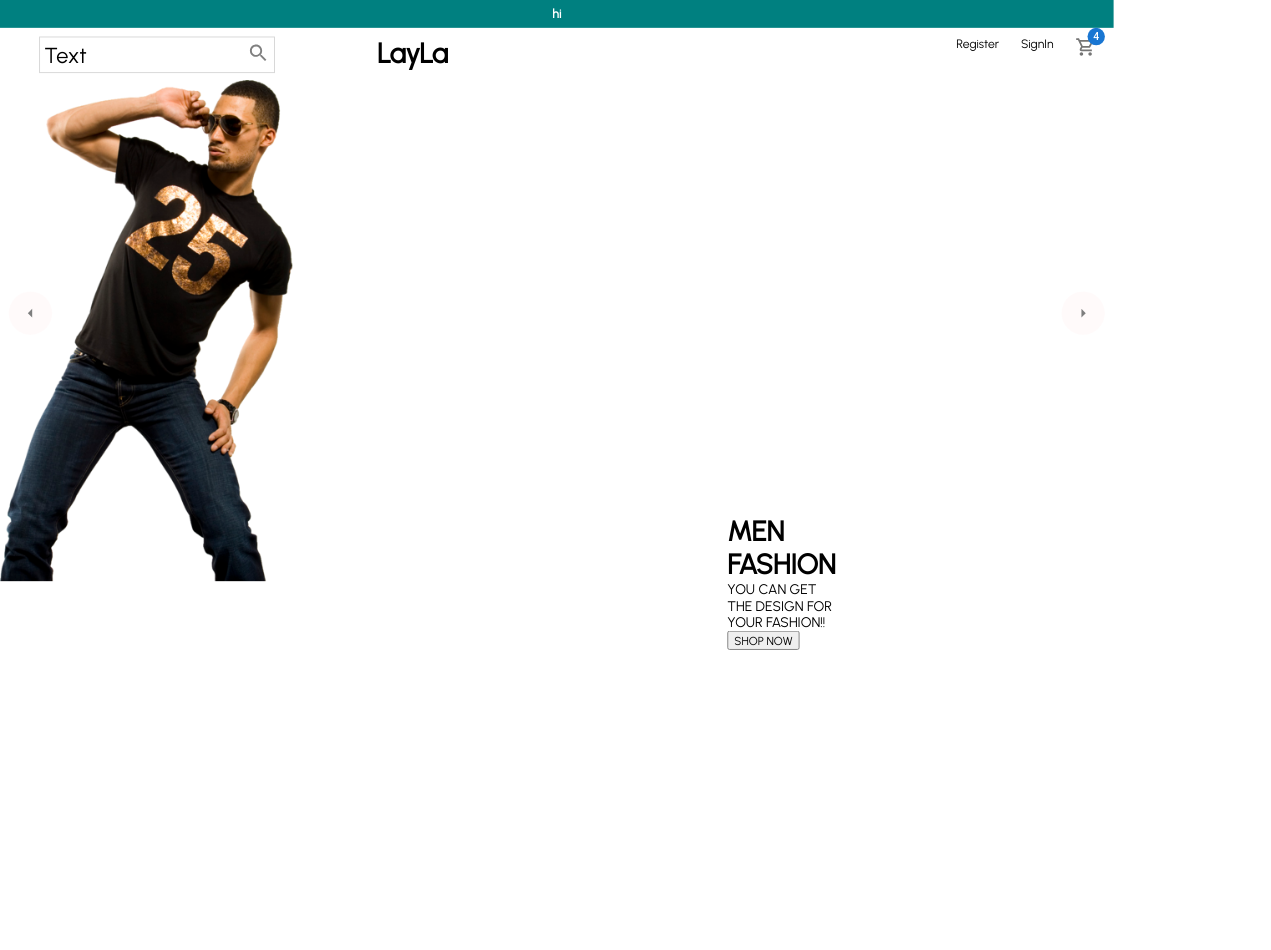
Repository: WaiMaungMaung/React_Ecom
Page: /
These files come from the project's save history. The page is drawn as it stood at one moment and after the next save; the edit follows.
The browser window is 1280 px wide. The page is 1461 px wide, then 1280 px, so the pictures cover 1461 px, including what lies to the right of the window. The pictures show the whole page, at 87% of full size.
The project was rebuilt for these pictures with package versions that can differ from the ones it lists, and the page was loaded fresh each time.

Above is the page before, as saved 2022-05-06 13:36:47.

After the next save:
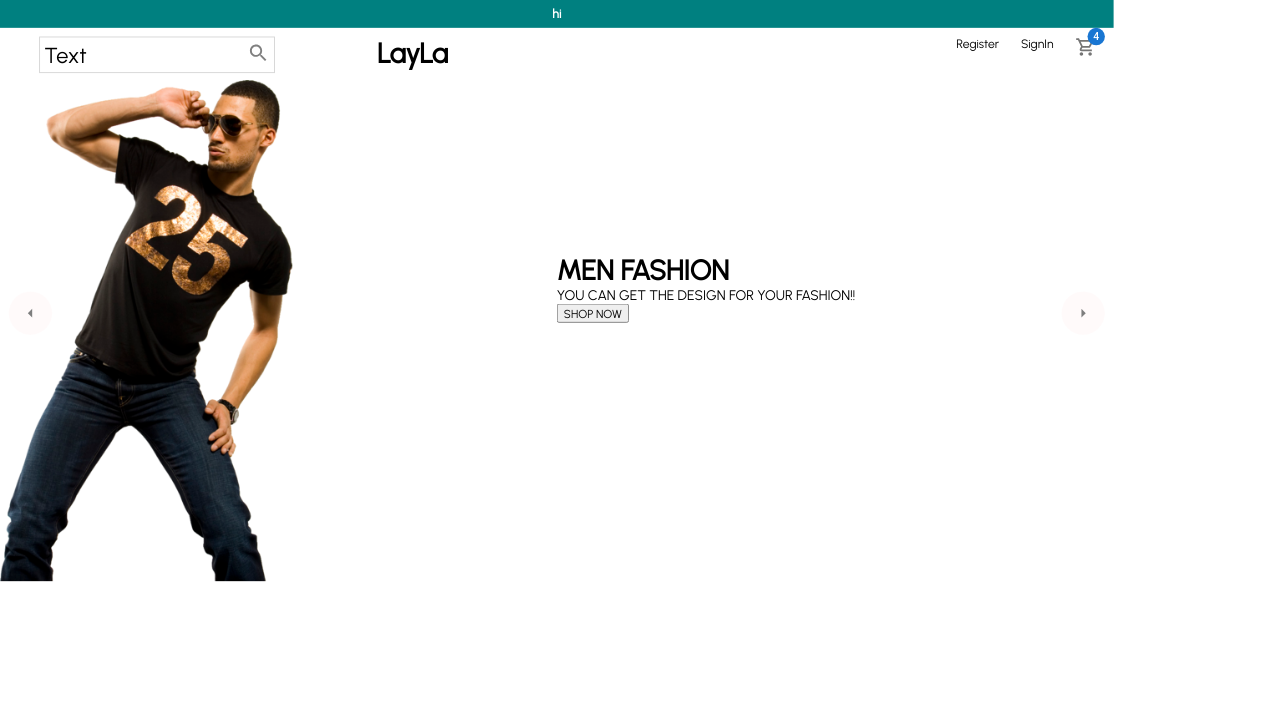
Saved 5 s later.
--- a/src/components/Slider.jsx
+++ b/src/components/Slider.jsx
@@ -42,7 +42,7 @@ const Wrapper = styled.div`
 `;
 const InfoContainer = styled.div`
   flex: 1;
-  padding: 500px;
+  padding: 200px;
 `;
 
 const Title = styled.h1``;
